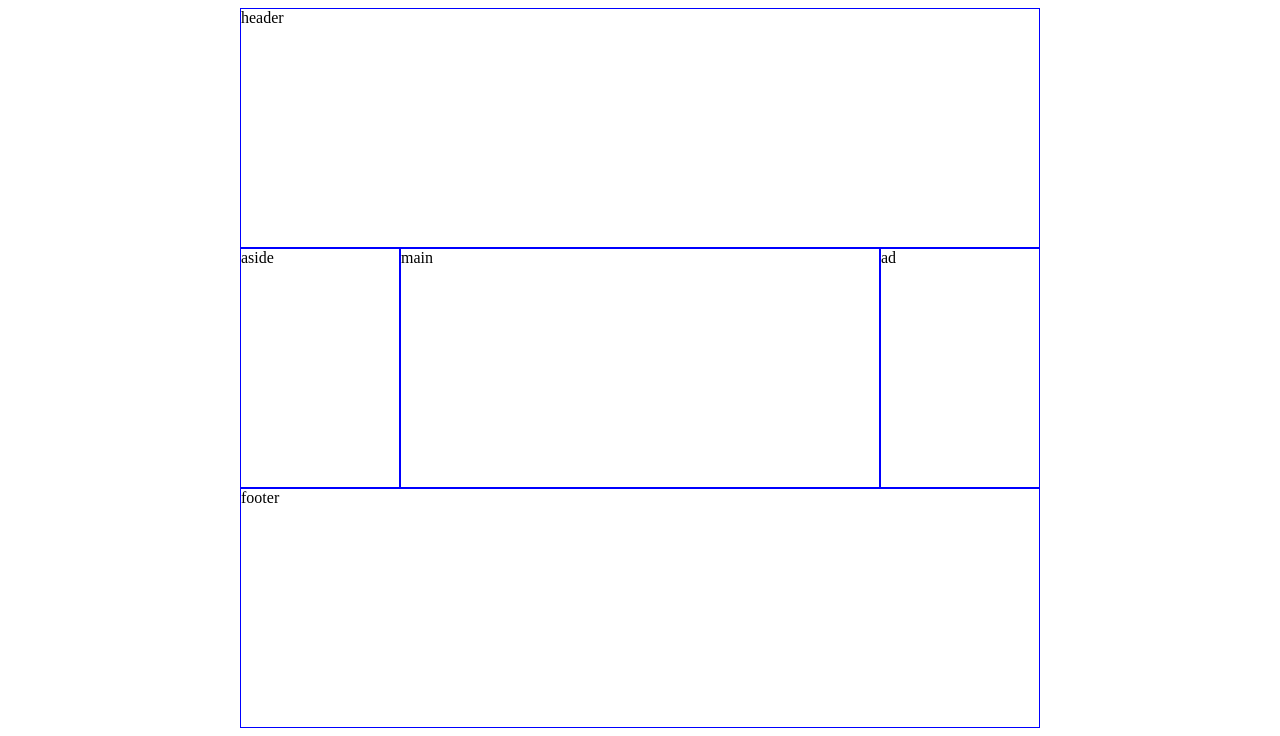
Repository: Lixianlai-2/Css-practice
Page: grid布局/template-area/index.html
The author's editor kept a copy of each file at every save. The page is drawn from the files as they stood at one save, then again after the next save.
The browser window is 1280 px wide. The pictures show the whole page.

Above is the page before, as saved 2021-12-05 10:50:26.

### grid布局/template-area/index.html
<!DOCTYPE html>
<html lang="en">
  <head>
    <meta charset="UTF-8" />
    <meta http-equiv="X-UA-Compatible" content="IE=edge" />
    <meta name="viewport" content="width=device-width, initial-scale=1.0" />
    <title>Document</title>
    <link rel="stylesheet" href="style.css" />
  </head>
  <body>
    <div class="container">
      <header>header</header>
      <aside>aside</aside>
      <main>main</main>
      <div class="ad">ad</div>
      <footer>footer</footer>
    </div>
  </body>
</html>

### grid布局/template-area/style.css
.container {
  margin-left: auto;
  margin-right: auto;
  display: grid;
  grid-template-areas:
  /* 注意，这里的引号之间没有逗号 */
    "header header header"
    "aside main ad"
    "footer footer footer";
  width: 800px;
  height: 100vh;
  grid-template-rows: 1fr 1fr 1fr;
  grid-template-columns: 160px auto 160px;
}

.container > * {
  border: 1px solid blue;
}

header {
  /* 注意这里不需要引号 */
  grid-area: header;
}

aside {
  grid-area: aside;
}

main {
  grid-area: main;
}

.ad {
  grid-area: ad;
}

footer {
  grid-area: footer;
}

After the next save:
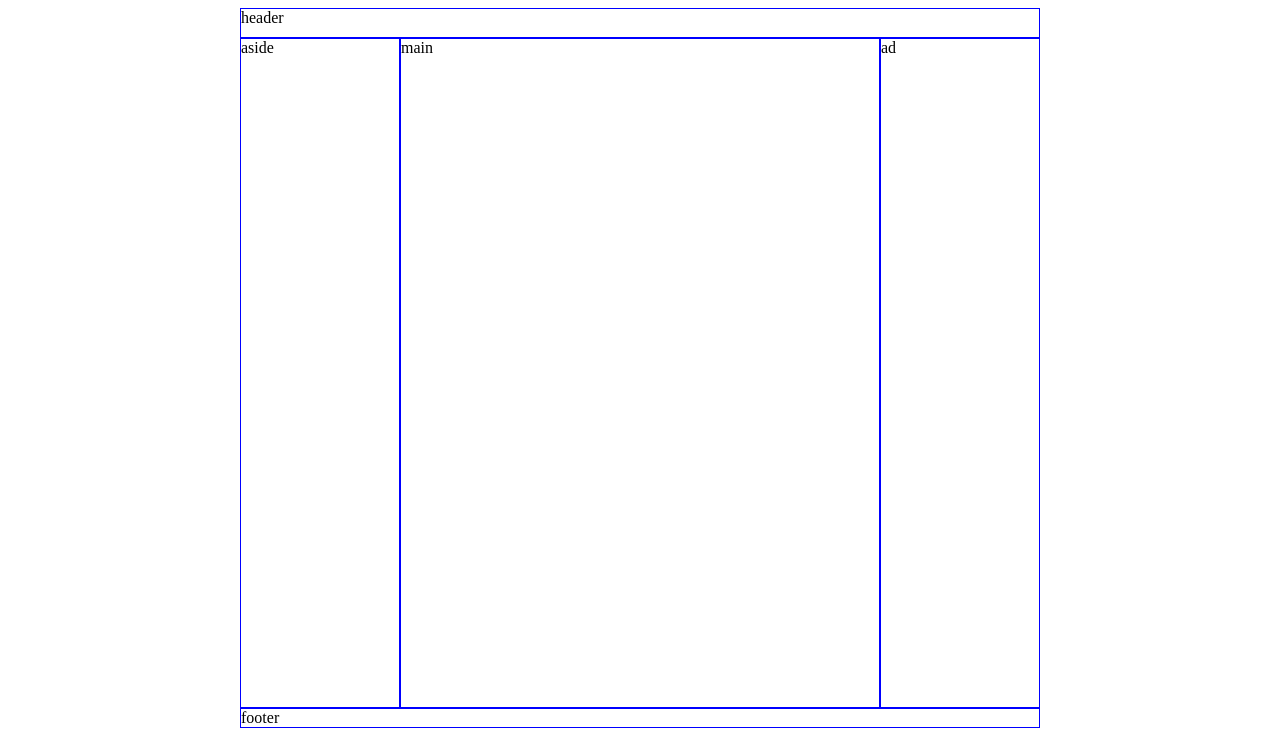
Saved 32 s later.
--- a/grid布局/template-area/style.css
+++ b/grid布局/template-area/style.css
@@ -9,7 +9,7 @@
     "footer footer footer";
   width: 800px;
   height: 100vh;
-  grid-template-rows: 1fr 1fr 1fr;
+  grid-template-rows: 30px auto 20px;
   grid-template-columns: 160px auto 160px;
 }
 
